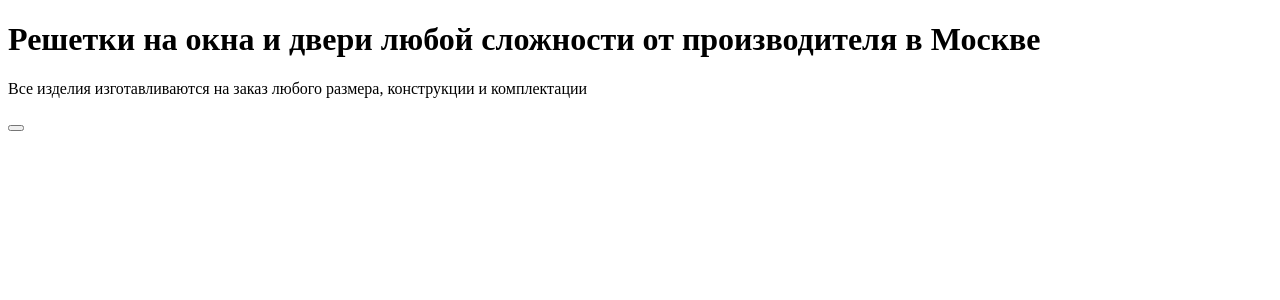
Repository: Nisovaki/https---github.com-Nisovaki-test
Page: Index.html
These files come from the project's save history. The page is drawn as it stood at one moment and after the next save; the edit follows.
The browser window is 1280 px wide. The pictures show the whole page.

Above is the page before, as saved 2022-05-13 11:40:00.

After the next save:
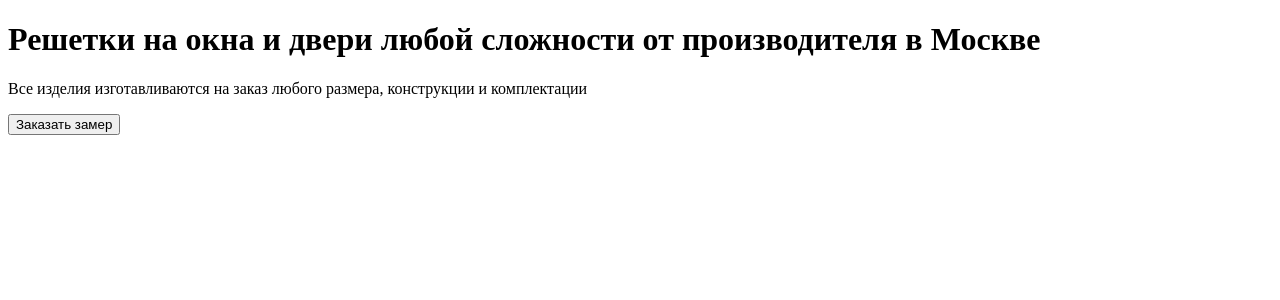
Saved 14 s later.
--- a/Index.html
+++ b/Index.html
@@ -11,7 +11,7 @@
     <div class="container">
       <h1 class="header__title">Решетки на окна и двери любой сложности от производителя в Москве</h1>
       <p class="header__text">Все изделия изготавливаются на заказ любого размера, конструкции и комплектации</p>
-      <button class="header-button"></button>
+      <button class="header-button">Заказать замер</button>
     </div>
   </div>
 </body>
